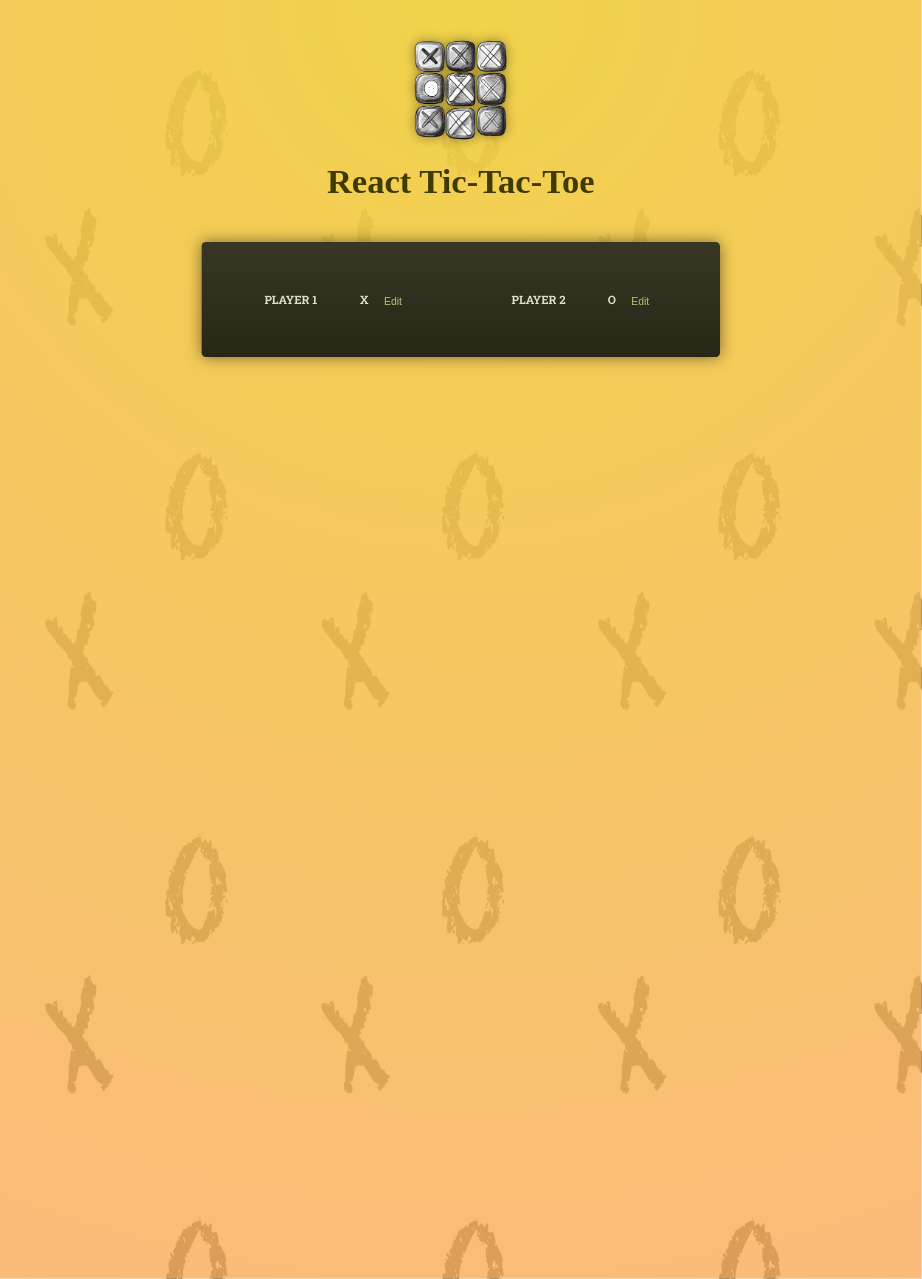
Repository: ooluchi/tic-tac-toe-rprac
Page: /, after clicking the first element matching `button`
An editor plug-in stored every save of this project. The page is shown before and after a run of saves, followed by the edit.
The browser window is 1280 px wide. The pictures show the whole page, at 72% of full size.
Some web fonts or font styles are not loaded; a fallback is used. The project was rebuilt for these pictures with package versions that can differ from the ones it lists, and the page was loaded fresh each time. Also part of the build but not shown: vite.config.js.

Above is the page before, as saved 2024-10-22 05:11:42.

After the next 14 saves:
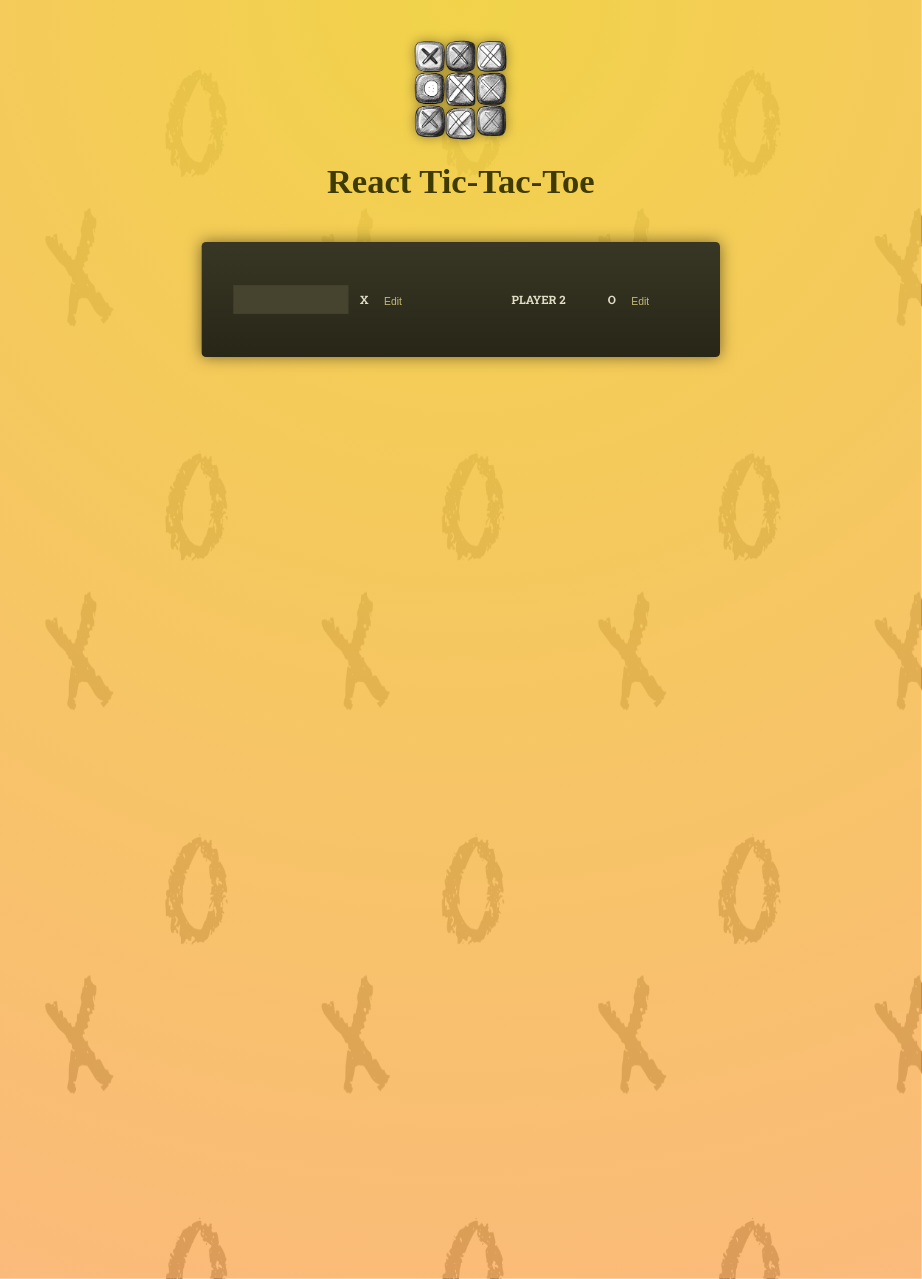
The 14 saves are shown as one change because 5 did not build or start and some came seconds apart.
The last was saved 85 s later.
--- a/src/components/Player.jsx
+++ b/src/components/Player.jsx
@@ -11,13 +11,13 @@
     let playerName = <span className="player-name">{name}</span>
 
     if (isEditing) {
-        playerName
+        playerName =<input type="text" required />
     }
 
     return (
             <li>
           <span className="player">
-          <span className="player-name">{name}</span>
+          {playerName}
           <span className="player-symbol">{symbol}</span>
           </span>
           <button onClick= {handleEditClick}>Edit</button>
